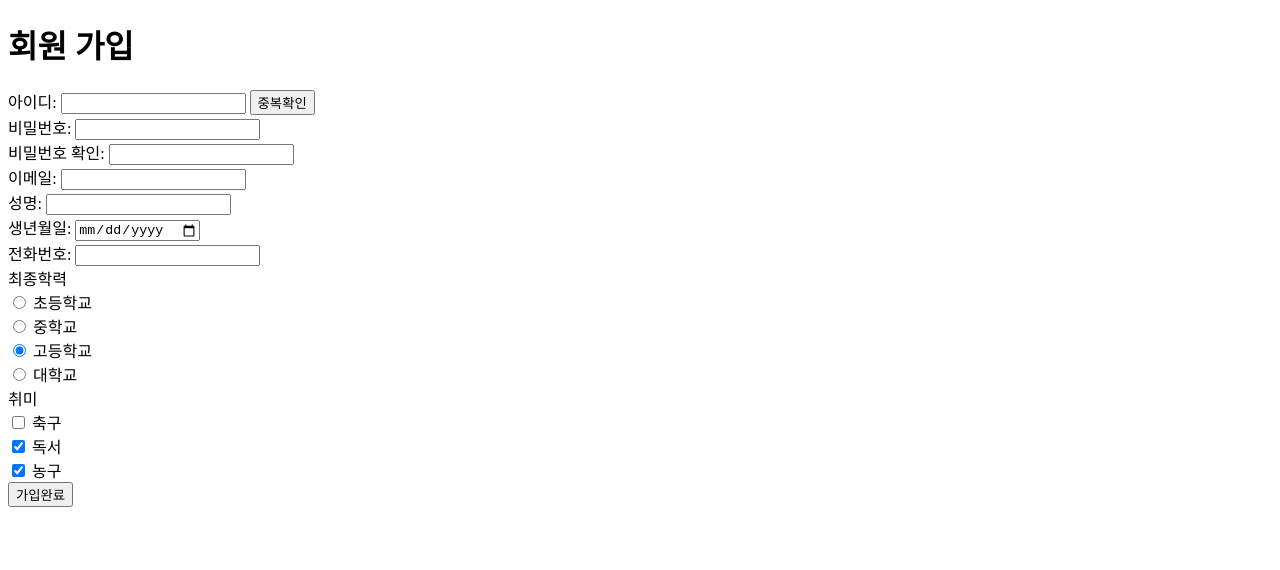
Repository: Chojaejun/javastudy
Page: HelloWorld/WebContent/Test3.html
The author's editor kept a copy of each file at every save. The page is drawn from the files as they stood at one save, then again after the next save.
The browser window is 1280 px wide. The pictures show the whole page.

Above is the page before, as saved 2020-12-07 02:35:53.

After the next save:
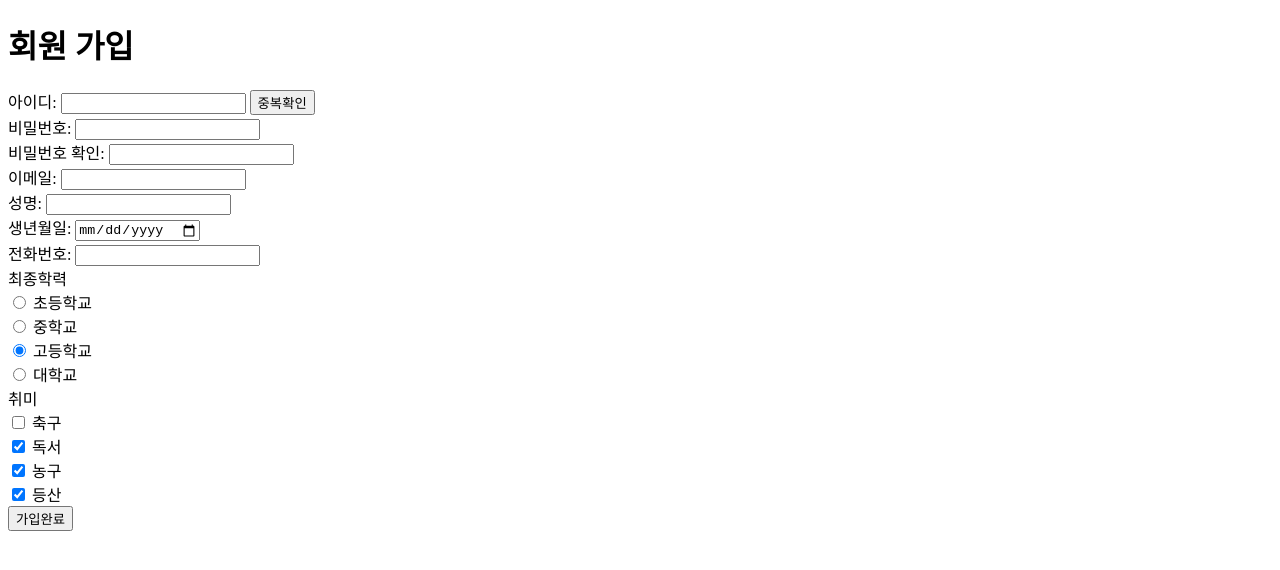
Saved 10 min 7 s later.
--- a/HelloWorld/WebContent/Test3.html
+++ b/HelloWorld/WebContent/Test3.html
@@ -51,14 +51,17 @@
 <br>
 <label>취미</label>
 <br>
-<input id="so" type="checkbox" name="climb" value="soccer">
+<input id="so" type="checkbox" name="hobby" value="soccer">
 <label for="so">축구</label>
 <br>
-<input id="re" name="climb" type="checkbox" value="read" checked>
+<input id="re" type="checkbox" name="hobby" value="read" checked>
 <label for="re">독서</label>
 <br>
-<input id="ba" type="checkbox" name="climb" value="basketball" checked>
+<input id="ba" type="checkbox" name="hobby" value="basketball" checked>
 <label for="ba">농구</label>
+<br>
+<input id="cl" type="checkbox" name="hobby" value="climb" checked>
+<label for="cl">등산</label>
 <br>
 <input type="submit" value="가입완료">
 
